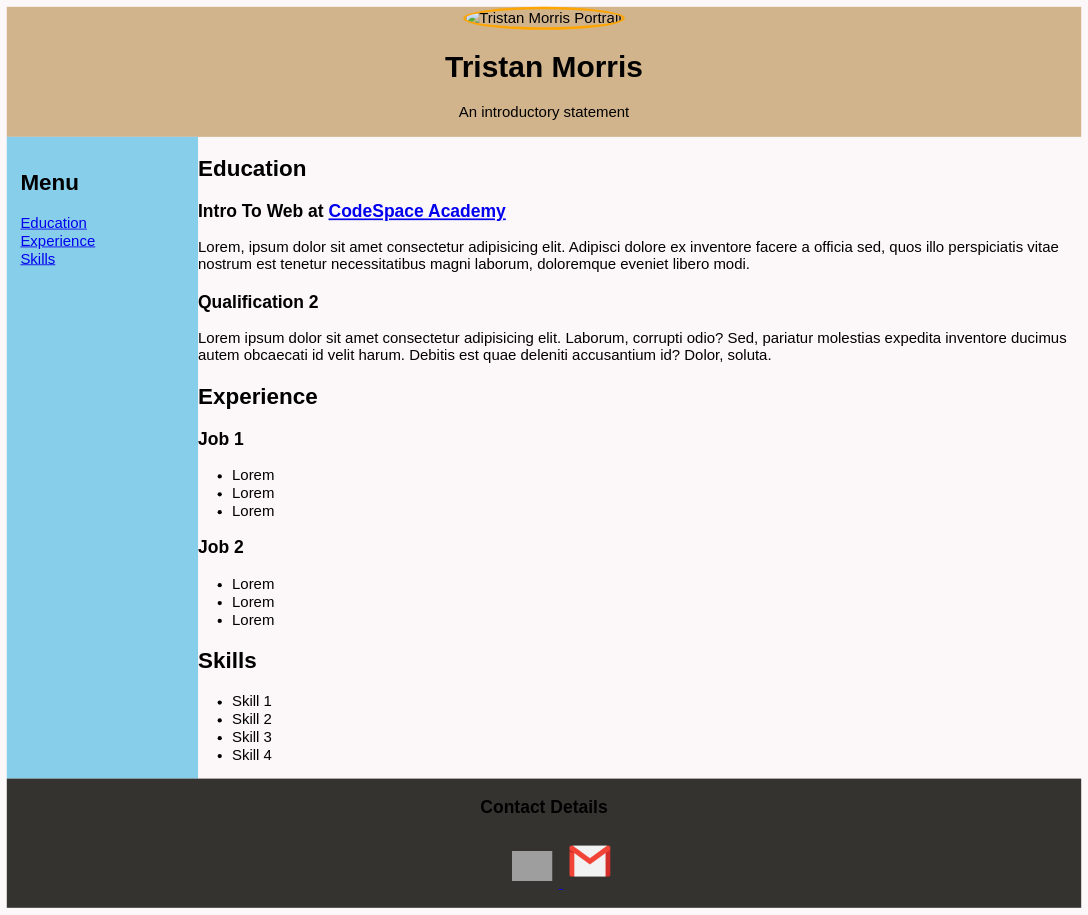
Repository: TristanKMorris/introToWebDesignAssignment
Page: resume1.html
An editor plug-in stored every save of this project. The page is shown before and after the next save, followed by the edit.
The browser window is 1280 px wide. The pictures show the whole page, at 85% of full size.
Pictures or frames that could not be fetched are drawn as grey boxes.

Above is the page before, as saved 2022-06-02 19:34:15.
Not found: images/tristanPortrait2.jpg

### resume1.html

<!DOCTYPE html>
<html
  <head>
    <title>My first web page</title>

    <link rel="stylesheet" type="text/css" href="css/stylesheet.css">
  </head>

  <body>

  <header id="heading">
        <img src="images/tristanPortrait2.jpg"
        alt="Tristan Morris Portrait"
        id="profilePhoto"/>
        <h1>Tristan Morris</h1>
        <p>An introductory statement</p>

  </header>

<main class="main">

     <div id="sidebar">
  <nav>

    <h2>Menu</h2>

    <ul class="navMenu">
      <li><a href="#education">Education</a></li>
      <li><a href="#experience">Experience</a></li>
      <li><a href="#skills">Skills</a></li>
    </ul>
  </nav>

  </div>

  <div class="content">

    <h2 id="education">Education</h2>
    <h3>
      Intro To Web at <a href="http://codespace.co.za/">CodeSpace Academy</a>
    </h3>
    <p>
      Lorem, ipsum dolor sit amet consectetur adipisicing elit. Adipisci dolore
      ex inventore facere a officia sed, quos illo perspiciatis vitae nostrum
      est tenetur necessitatibus magni laborum, doloremque eveniet libero modi.
    </p>
    <h3>Qualification 2</h3>
    <p>
      Lorem ipsum dolor sit amet consectetur adipisicing elit. Laborum, corrupti
      odio? Sed, pariatur molestias expedita inventore ducimus autem obcaecati
      id velit harum. Debitis est quae deleniti accusantium id? Dolor, soluta.
    </p>
    <h2 id="experience">Experience</h2>
    <h3>Job 1</h3>
    <ul>
      <li>Lorem</li>
      <li>Lorem</li>
      <li>Lorem</li>
    </ul>
    <h3>Job 2</h3>
    <ul>
      <li>Lorem</li>
      <li>Lorem</li>
      <li>Lorem</li>
    </ul>
    <h2 id="skills">Skills</h2>
    <ul>
      <li>Skill 1</li>
      <li>Skill 2</li>
      <li>Skill 3</li>
      <li>Skill 4</li>
    </ul>

    </div>
</main>

<footer>

      <h3>Contact Details</h3>
      <ul>
         <a href="http://www.instagram.com/tristan_k_morris">
           <img class="icons" src="images/instagramIcon.png" alt="Tristan Morris Instagram">

         </a>
         <a href="http://mail.google.com">
           <img class="icons" src="images/gmailIcon.png" alt="Tristan Morris Email">
         </a>
      </ul>

    </footer>


  </body>
</html>

### css/stylesheet.css
body{
  font-family: sans-serif;
  font-size:110%;
  background-color: #FCF7F8;
  display: flex;
  flex-direction: column;
}

.main{
  display: flex;
  flex-direction: row;
  overflow: unset;
}

#profilePhoto{
  width: 20%;
  height: 20%;
  border-radius: 50%;
  border: 3px solid orange;
}

header {
  text-align: center;
  justify-content: center;
}
#heading{
  font-family: sans-serif;
  font: size 110%;
  background-color: tan;
}

footer {
  background-color: #343330;
  text-align: center;
}
#sidebar{
  width: 25%;
  background-color: skyblue;
  padding: 1rem;
  color: black;
}
.navMenu{
  list-style-type: none;
  padding: 0%;
}

.icons{
  width: 3rem;
  margin: 0.5rem;
  height: auto;
}

After the next save:
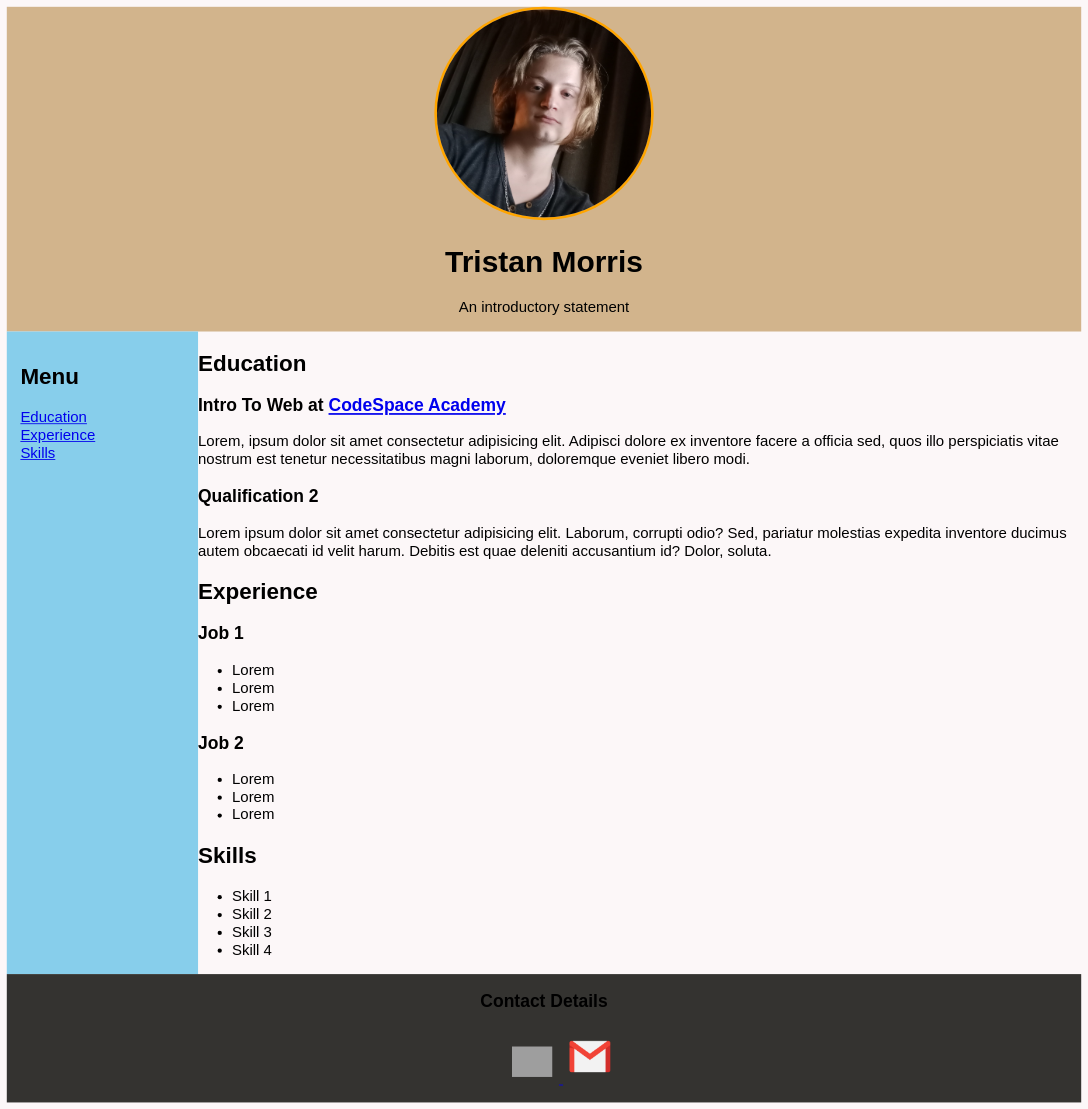
Saved 16 s later.
--- a/resume1.html
+++ b/resume1.html
@@ -10,7 +10,7 @@
   <body>
 
   <header id="heading">
-        <img src="images/tristanPortrait2.jpg"
+        <img src="images/tristanPortrait.jpg"
         alt="Tristan Morris Portrait"
         id="profilePhoto"/>
         <h1>Tristan Morris</h1>
